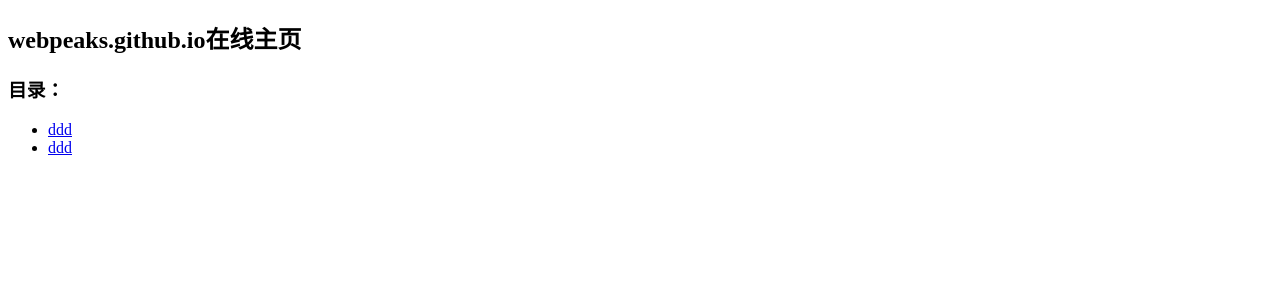
Repository: webpeaks/webpeaks.github.io
Page: index.html
An editor plug-in stored every save of this project. The page is shown before and after the next save, followed by the edit.
The browser window is 1280 px wide. The pictures show the whole page.

Above is the page before, as saved 2018-01-03 16:19:17.

After the next save:
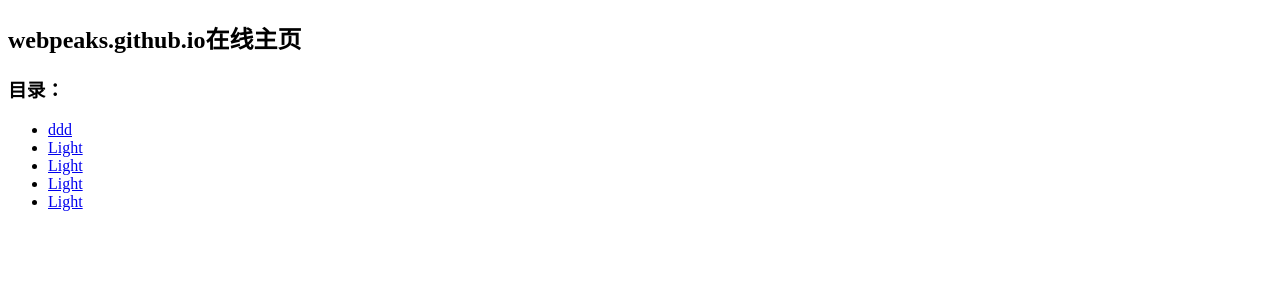
Saved 27 s later.
--- a/index.html
+++ b/index.html
@@ -14,7 +14,16 @@
             <a href="webpeaks.github.io/ddd/index.html">ddd</a>
         </li>
         <li>
-            <a href="webpeaks.github.io/ddd/index.html">ddd</a>
+            <a href="https://github.com/webpeaks/Light">Light</a>
+        </li>
+        <li>
+            <a href="https://github.com/webpeaks/Light">Light</a>
+        </li>
+        <li>
+            <a href="https://github.com/webpeaks/Light">Light</a>
+        </li>
+        <li>
+            <a href="https://github.com/webpeaks/Light">Light</a>
         </li>
     </ul>
 </body>
